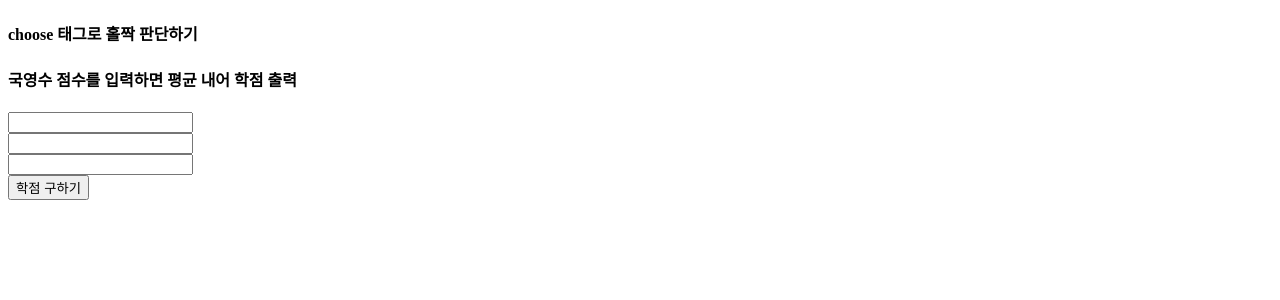
Repository: ssing365/JSPStudy
Page: http://localhost/JSPServlet/08EL/Choose.jsp
An editor plug-in stored every save of this project. The page is shown before and after the next save, followed by the edit.
The browser window is 1280 px wide. The pictures show the whole page.
The page is served by Tomcat 10. Other server files are loaded and not shown.

Above is the page before, as saved 2024-11-06 07:10:18.

### JSPServlet/src/main/webapp/08EL/Choose.jsp
<%@ page language="java" contentType="text/html; charset=UTF-8"
    pageEncoding="UTF-8"%>
<%@ taglib prefix="c" uri="jakarta.tags.core"%>
<!DOCTYPE html>
<html>
<head>
<meta charset="UTF-8">
<title>JSTL - choose/when/otherwise</title>
</head>
<body>
	<!-- 변수선언 -->
	<c:set var="number" value="100"></c:set>

	<h4>choose 태그로 홀짝 판단하기</h4>
	<c:choose>
		<c:when test="${number mod 2 eq 0 }">
		</c:when>
		<c:otherwise>
		${number }는 홀수입니다.
		</c:otherwise>
	</c:choose>

	<h4>국영수 점수를 입력하면 평균 내어 학점 출력</h4>
	<form action="">
		<input type="text" name="kor" /><br/>
		<input type="text" name="eng" /><br/>
		<input type="text" name="math"/><br/>
		<input type="submit" value="학점 구하기"/>
	</form>

</body>
</html>

After the next save:
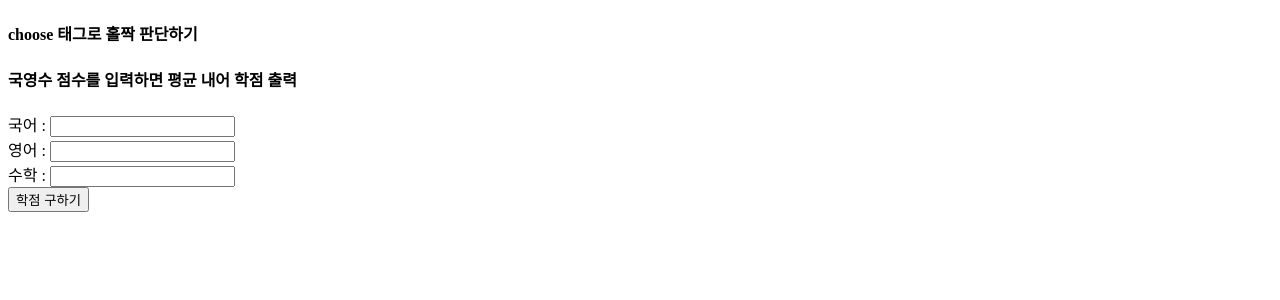
Saved 9 s later.
--- a/JSPServlet/src/main/webapp/08EL/Choose.jsp
+++ b/JSPServlet/src/main/webapp/08EL/Choose.jsp
@@ -22,9 +22,9 @@
 
 	<h4>국영수 점수를 입력하면 평균 내어 학점 출력</h4>
 	<form action="">
-		<input type="text" name="kor" /><br/>
-		<input type="text" name="eng" /><br/>
-		<input type="text" name="math"/><br/>
+		국어 : <input type="text" name="kor" /><br/>
+		영어 : <input type="text" name="eng" /><br/>
+		수학 : <input type="text" name="math"/><br/>
 		<input type="submit" value="학점 구하기"/>
 	</form>
 
